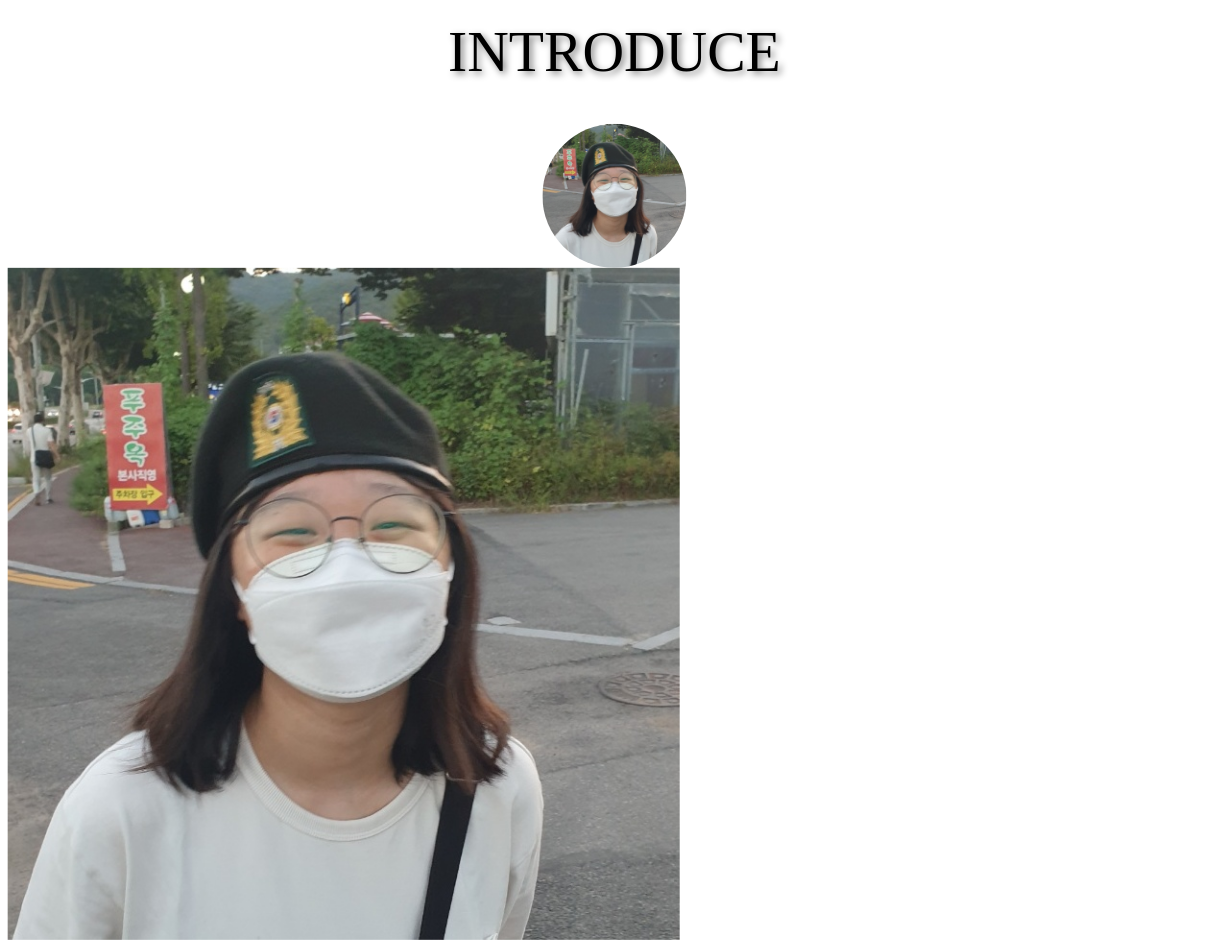
Repository: papav-hub/Web_Study
Page: ChoiHyeMin_reg/src/main/webapp/introduce.html
These files come from the project's save history. The page is drawn as it stood at one moment and after the next save; the edit follows.
The browser window is 1280 px wide. The pictures show the whole page, at 96% of full size.

Above is the page before, as saved 2021-10-03 19:04:52.

### ChoiHyeMin_reg/src/main/webapp/introduce.html
<!DOCTYPE html>
<html>

<style>
	.box
	{
    width: 150px;
    height: 150px;
    border-radius: 70%;
    overflow: hidden;
	}

	.profile
	{
    width: 100%;
    height: 100%;
    object-fit: cover;
	}
</style>


<head>
	<meta charset="UTF-8">
	<title>Web Service ProgrammingHomework</title>
	<link rel="stylesheet" href="resources/register.css" type="text/css"></link>
</head>

<body>
	<header> INTRODUCE </header>

	<div class="box" style="background: #BDBDBD;">
    	<img class="profile" src="resources/ChoiHyeMin01.jpg">
	</div>


    <img src="resources/ChoiHyeMin01.jpg" id="circle">




</body>
</html>

### ChoiHyeMin_reg/src/main/webapp/resources/register.css
@charset "UTF-8";

	header
	{
		margin:20px 10px 40px 10px;
		font-family:"FreeStyle Script", "Mistral";
		font-size:60px;
		text-shadow:3px 3px 8px gray;
		text-align:center;
	}


	body
	{
		color:black;
		font-family:'맑은 고딕', '돋움', '고딕';
	}


	div
	{
		margin-left:auto;
		margin-right:auto;
		width:70%;
		text-align:center;
	}


	ul
	{
		list-style:none;
		text-align:left;
		background-color:#FDF2EE;
		margin-left:20px;
		margin-right:20px;
		padding-top:20px;
		padding-bottom:20px;
	}


	#sect
	{
		background-color:#FDF2EE;
		text-align:center;
		margin:20px;
		padding:20px;
	}


	a
	{
		text-decoration:underline;
		color:#0000a0;
	}


	table
	{
		border-collapse:collapse;
		width:100%
	}


	th
	{
		border:1px solid lightgray;
		padding:5px;
		width:30%
	}


	td
	{
		border:1px solid lightgray;
		padding:5px;
		width:70%;
	}

After the next save:
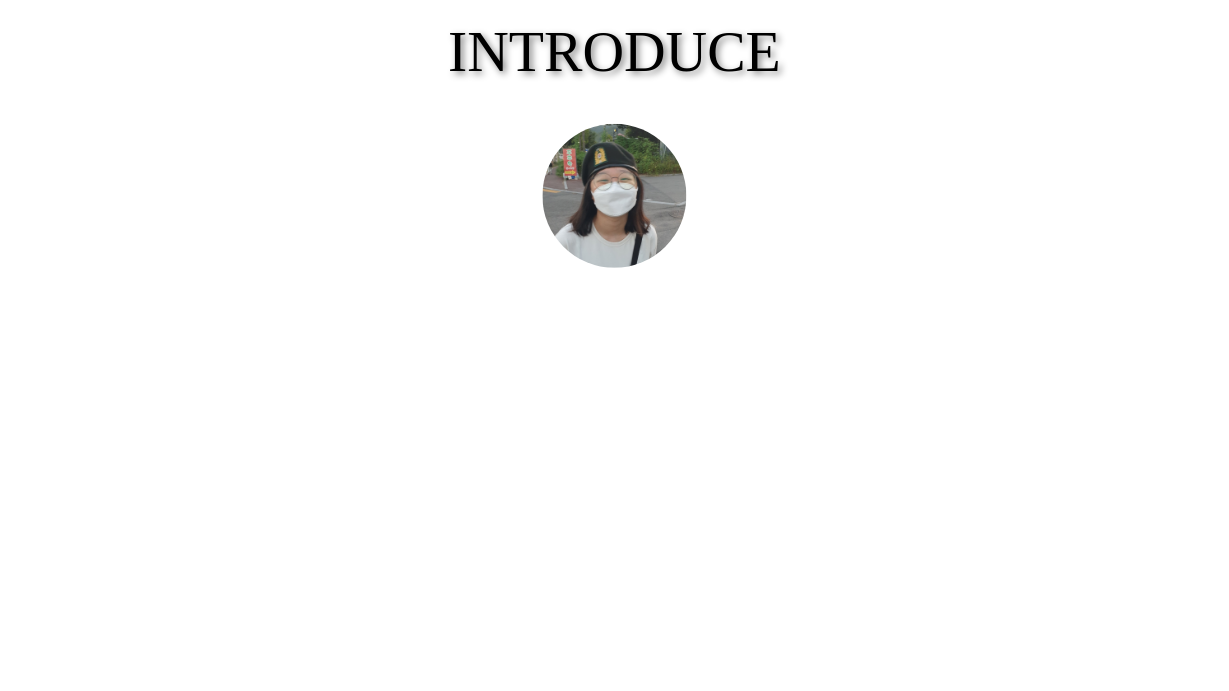
Saved 6 s later.
--- a/ChoiHyeMin_reg/src/main/webapp/introduce.html
+++ b/ChoiHyeMin_reg/src/main/webapp/introduce.html
@@ -33,9 +33,6 @@
 	</div>
 
 
-    <img src="resources/ChoiHyeMin01.jpg" id="circle">
-
-
 
 
 </body>
